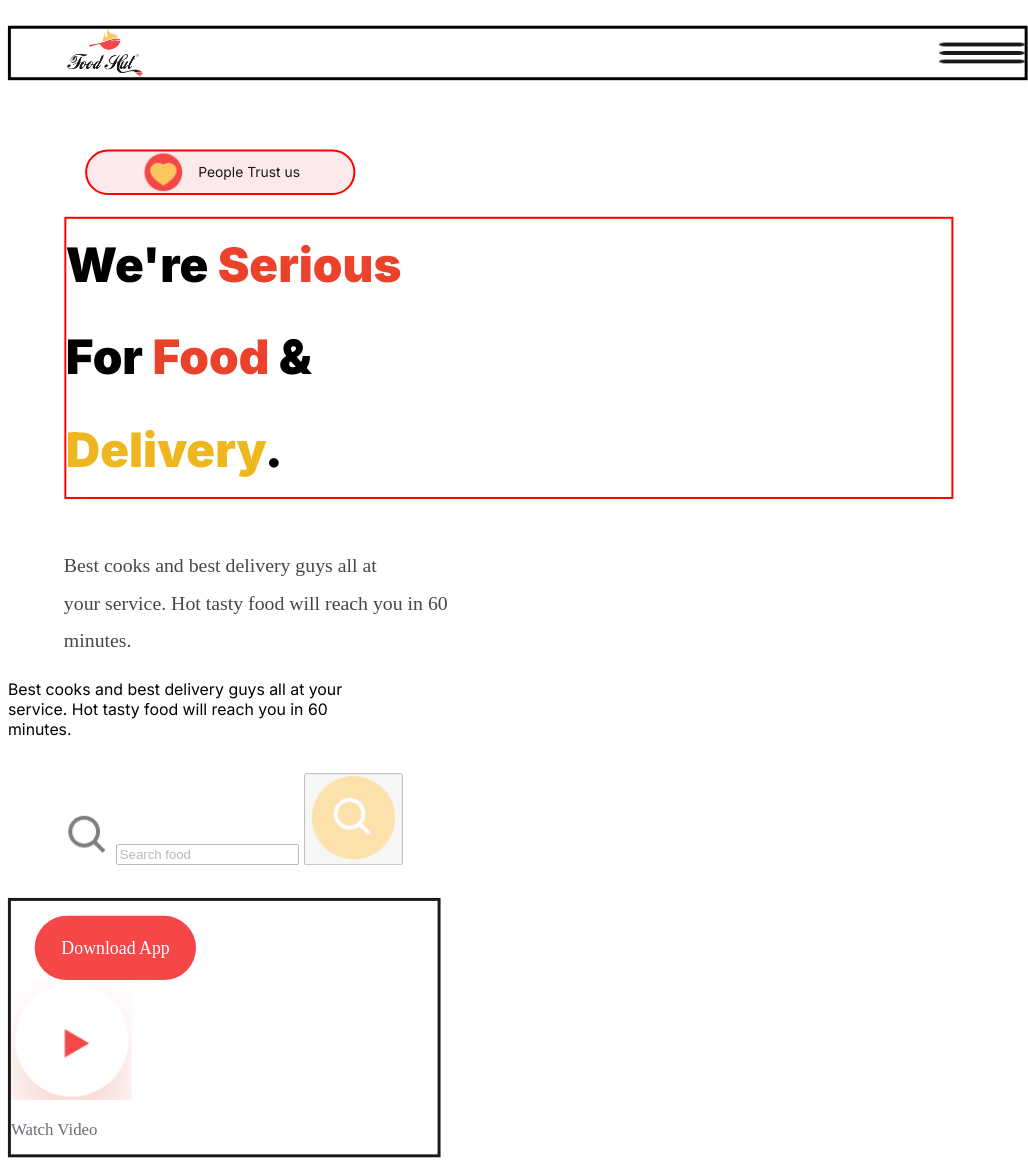
Repository: ReyhanehRahmani/Food-Hut
Page: FoodHut.html
An editor plug-in stored every save of this project. The page is shown before and after the next save, followed by the edit.
The browser window is 1024 px wide. The page is 1038 px wide, so the pictures cover 1038 px, including what lies to the right of the window. The pictures show the whole page, at 99% of full size.
Some web fonts or font styles are not loaded; a fallback is used.

Above is the page before, as saved 2025-05-28 21:30:15.

After the next save:
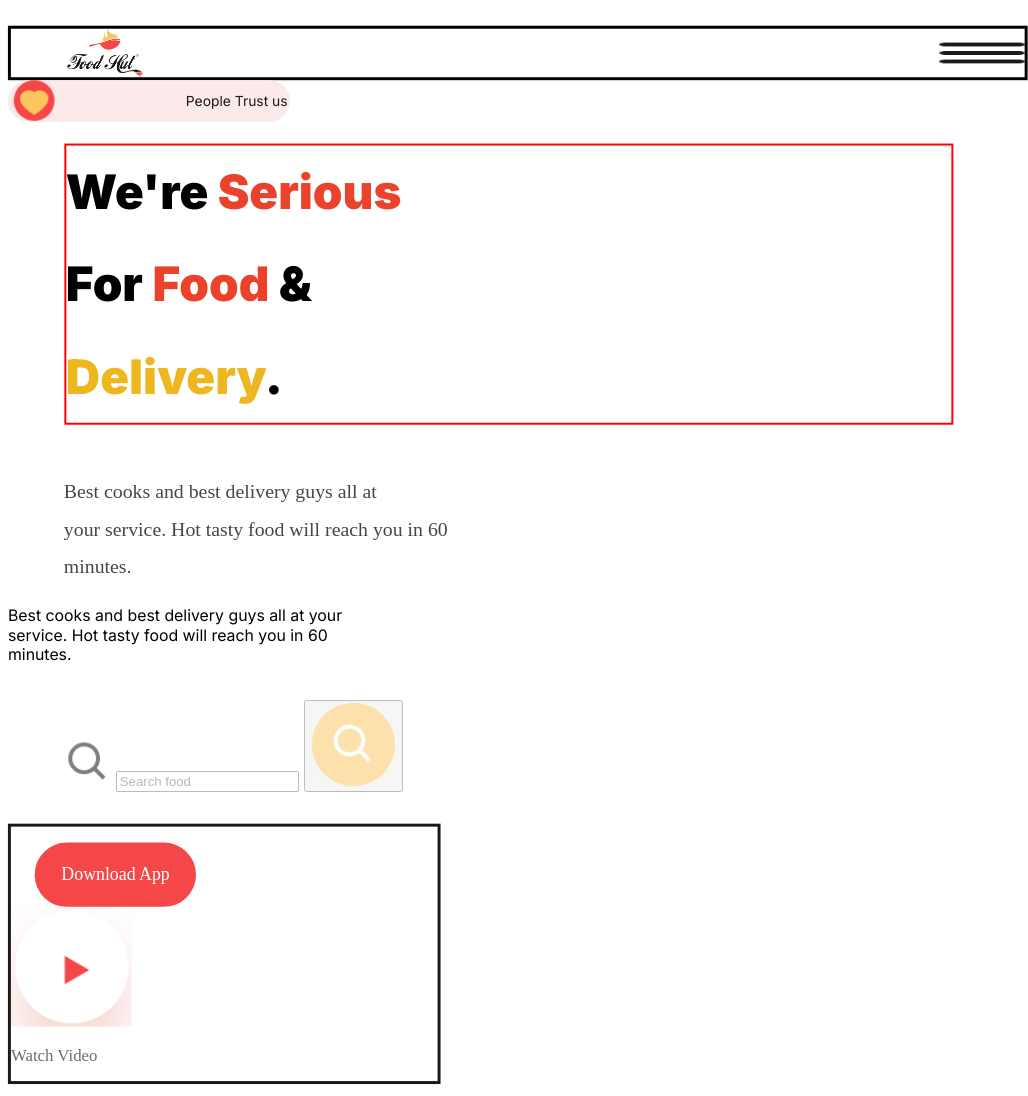
Saved 30 s later.
--- a/FoodHut.css
+++ b/FoodHut.css
@@ -62,21 +62,17 @@ body {
     background-color: #fce9e9;
 }
 
-#trust{
-    margin-right: 2px;
-}
+
 
 #HeartBox{
-    width: 26.730769231%;
-    height: 3.58974359%;
-    margin-top: 6.956521739%;
-    margin-left: 7.710280374%;
-    border-radius: 100px;
-    border: 2px solid red;
-    display: flex;
-    justify-content: center;
-    gap: 5.825242718%;
-
+    display: flex;
+    justify-content: space-between;
+    width: 28.226415094%;
+    height: 4.261796043%;
+    align-items: center;
+    border-radius: 100px;
+    white-space: nowrap;
+    background-color: #fce9e9;
 }
 
 #trust{
